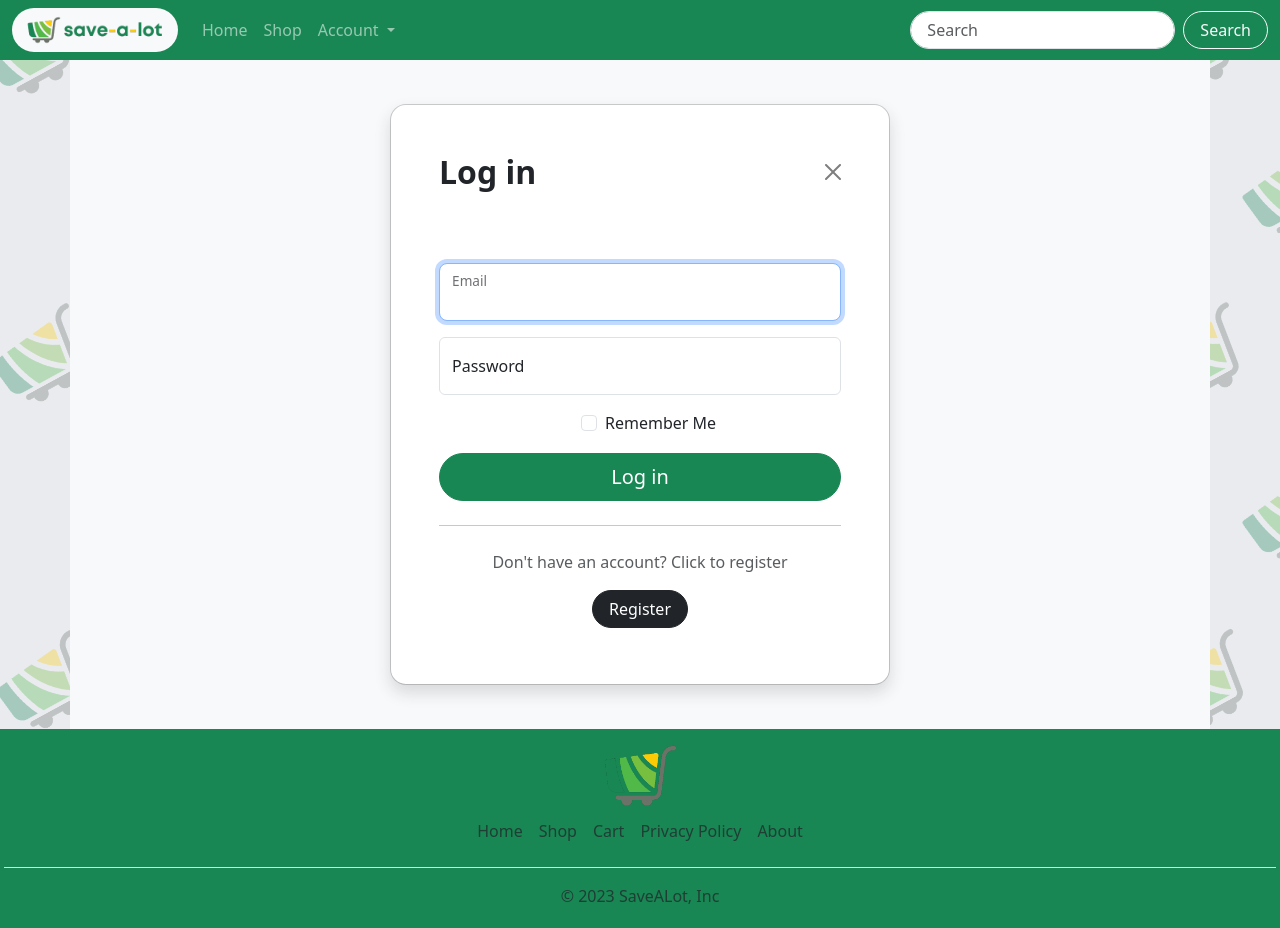
Repository: bill071194/savealot
Page: http://localhost/login
The author's editor kept a record of every edit. The page is drawn from the files as they stood at one moment, then again after the next edit.
The browser window is 1280 px wide. The pictures show the whole page.
The page is served by the project's Laravel application, run on PHP 8.4 with Laravel 10.

Above is the page before.

After the next edit:
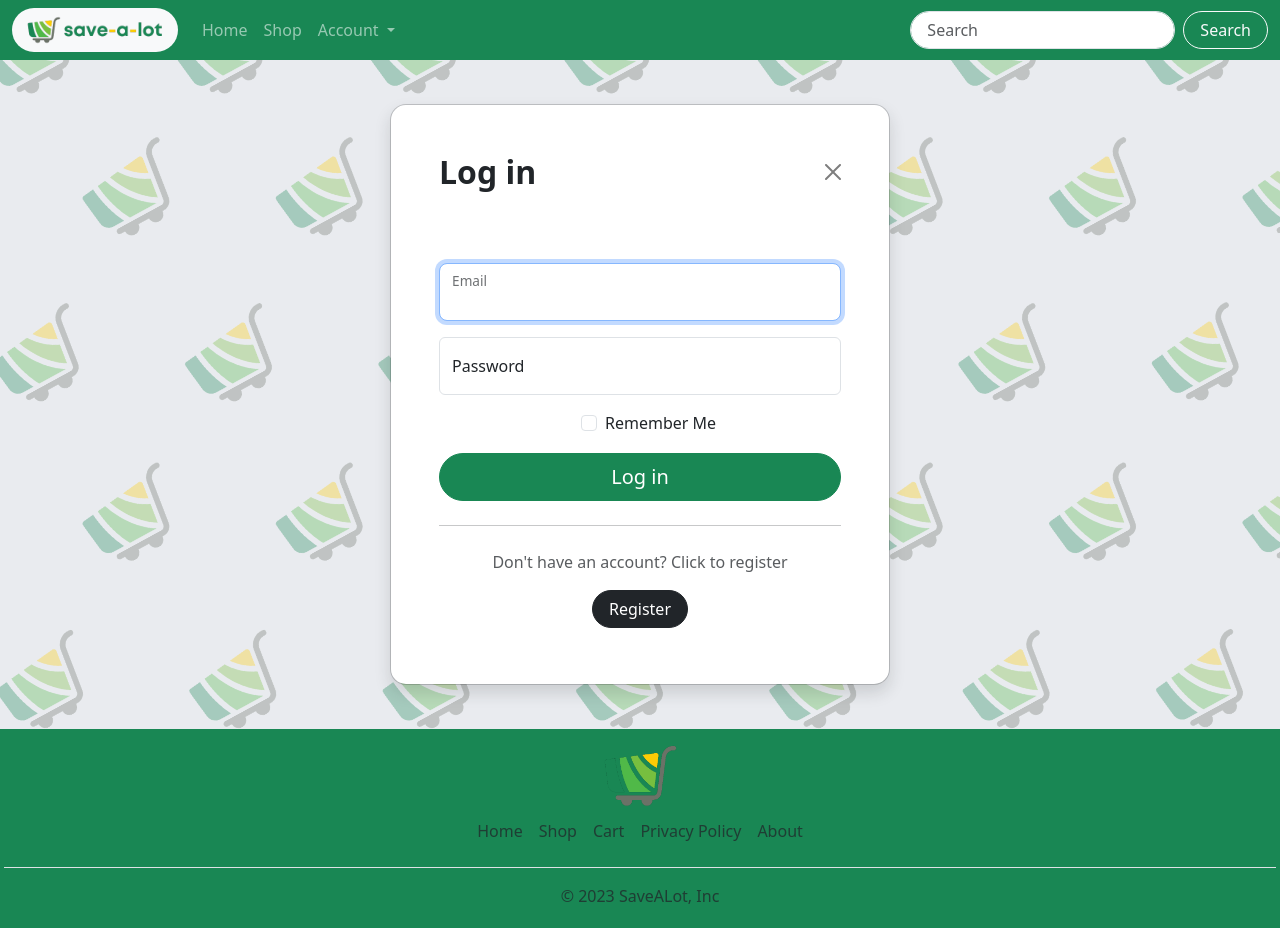
The edit:
--- a/savealot/resources/views/layouts/base.blade.php
+++ b/savealot/resources/views/layouts/base.blade.php
@@ -76,7 +76,7 @@
 		</div>
 	</nav>
 
-	<main style="margin-top: 3.75rem" class="container p-3 flex-grow-1 bg-light">
+	<main style="margin-top: 3.75rem" class="container p-3 flex-grow-1">
 		@yield('main')
 	</main>
 
